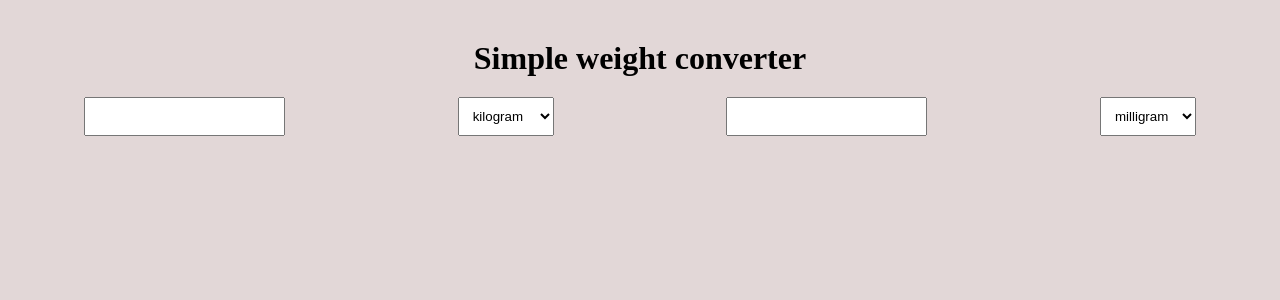
Repository: Eugene44-hub/weight-converter
Page: index.html
The author's editor kept a copy of each file at every save. The page is drawn from the files as they stood at one save, then again after the next save.
The browser window is 1280 px wide. The pictures show the whole page.

Above is the page before, as saved 2021-09-20 05:02:50.

### index.html
<!DOCTYPE html>
<html lang="en">

<head>
    <meta charset="UTF-8">
    <meta http-equiv="X-UA-Compatible" content="IE=edge">
    <meta name="viewport" content="width=device-width, initial-scale=1.0">
    <link rel="stylesheet" href="style.css">
    <title>Document</title>
</head>

<body>
    <div class="converter">
        <h1>Simple weight converter</h1>

        <input type="number" id="typed">
        <select name="" id="in-weight">
      <option value="kg">kilogram</option>
      <option value="ou">ounce</option>
      <option value="mg">milligram</option>
    </select>
        <input type="number" id="output">
        <select name="" id="out-weight">
      <option value="mg">milligram</option>
      <option value="ou">ounce</option>
      <option value="kg">kilogram</option>
    </select>
    </div>
    <script src="app.js"></script>
</body>

</html>

### style.css
* {
    padding: 0;
    margin: 0;
    box-sizing: border-box;
}

body {
    background-color: rgb(226, 215, 215);
}

input {
    padding: 10px;
}

h1 {
    text-align: center;
    flex: 100%;
    margin-bottom: 20px;
}

select {
    padding: 10px;
}

.converter {
    display: flex;
    flex-wrap: wrap;
    justify-content: space-between;
    padding: 20px;
    margin: 20px auto;
    width: 90%;
}

### app.js
let typed = document.querySelector('#typed');
let output = document.querySelector('#output');
let select = document.querySelector('#in-weight');
let select2 = document.querySelector('#out-weight');

function selectTwo(val) {
    select2.addEventListener('change', e => {
        if (select2.value === 'mg' && select.value === 'kg') {
            output.value = val * Math.pow(10, 6)
        } else if (select2.value === "ou" && select.value === 'mg') {
            output.value = val * 0.000035274
        } else if (select2.value === "ou" && select.value === 'kg') {
            output.value = val * 35.274
        } else if (select2.value === "kg" && select.value === 'ou') {
            output.value = val / 35.274
        } else if (select2.value === "mg" && select.value === 'ou') {
            output.value = val / 0.000035274
        } else if (select2.value === "kg" && select.value === 'mg') {
            output.value = val / Math.pow(10, 6)
        } else {
            output.value = typed.value
        }

    })
}

function selectOne(val) {
    select.addEventListener('change', e => {

        if (select2.value === 'mg' && select.value === 'kg') {
            typed.value = val / Math.pow(10, 6)
        } else if (select2.value === "mg" && select.value === 'ou') {
            typed.value = val * 0.000035274
        } else if (select2.value === "ou" && select.value === 'kg') {
            typed.value = val / 35.274
        } else if (select2.value === "kg" && select.value === 'ou') {
            typed.value = val * 35.274
        } else if (select2.value === "ou" && select.value === 'mg') {
            typed.value = val / 0.000035274
        } else if (select2.value === "kg" && select.value === 'mg') {
            typed.value = val * Math.pow(10, 6)
        } else { typed.value = output.value }
    })
}


typed.addEventListener('input',
    e => {

        if (select2.value === 'mg' && select.value === 'kg') {
            output.value = Number(e.target.value) * Math.pow(10, 6)
        } else if (select2.value === "ou" && select.value === 'mg') {
            output.value = Number(e.target.value) * 0.000035274
        } else if (select2.value === "ou" && select.value === 'kg') {
            output.value = Number(e.target.value) * 35.274
        } else if (select2.value === "kg" && select.value === 'ou') {
            output.value = Number(e.target.value) / 35.274
        } else if (select2.value === "mg" && select.value === 'ou') {
            output.value = Number(e.target.value) / 0.000035274
        } else if (select2.value === "kg" && select.value === 'mg') {
            output.value = Number(e.target.value) / Math.pow(10, 6)
        } else {
            output.value = typed.value
        }
        selectTwo(Number(e.target.value))
    })

output.addEventListener('input',
    e => {
        if (select2.value === 'mg' && select.value === 'kg') {
            typed.value = Number(e.target.value) / Math.pow(10, 6)
        } else if (select2.value === "mg" && select.value === 'ou') {
            typed.value = Number(e.target.value) * 0.000035274
        } else if (select2.value === "ou" && select.value === 'kg') {
            typed.value = Number(e.target.value) / 35.274
        } else if (select2.value === "kg" && select.value === 'ou') {
            typed.value = Number(e.target.value) * 35.274
        } else if (select2.value === "ou" && select.value === 'mg') {
            typed.value = Number(e.target.value) / 0.000035274
        } else if (select2.value === "kg" && select.value === 'mg') {
            typed.value = Number(e.target.value) * Math.pow(10, 6)
        } else { typed.value = output.value }
        selectOne(Number(e.target.value))
    })

After the next save:
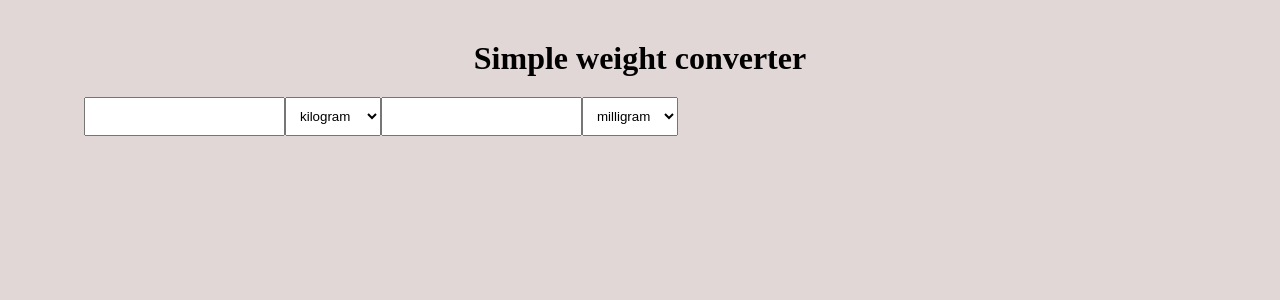
Saved 16 s later.
--- a/style.css
+++ b/style.css
@@ -25,7 +25,6 @@
 .converter {
     display: flex;
     flex-wrap: wrap;
-    justify-content: space-between;
     padding: 20px;
     margin: 20px auto;
     width: 90%;

After the save that followed:
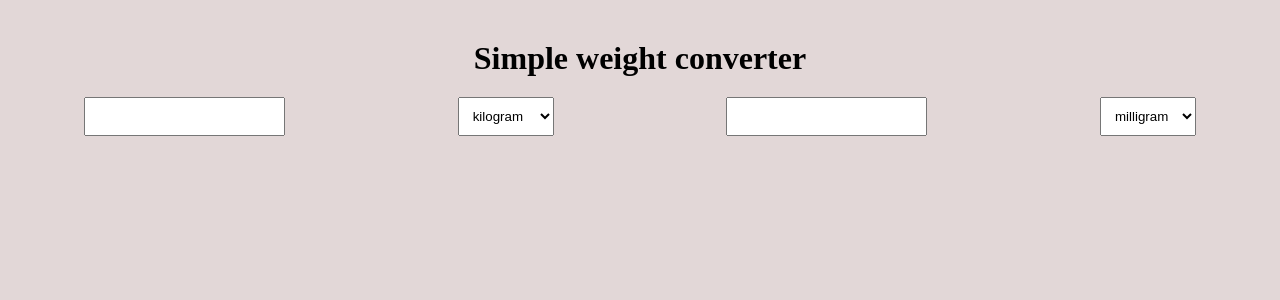
Saved 4 s later.
--- a/style.css
+++ b/style.css
@@ -25,6 +25,7 @@
 .converter {
     display: flex;
     flex-wrap: wrap;
+    justify-content: space-between;
     padding: 20px;
     margin: 20px auto;
     width: 90%;
